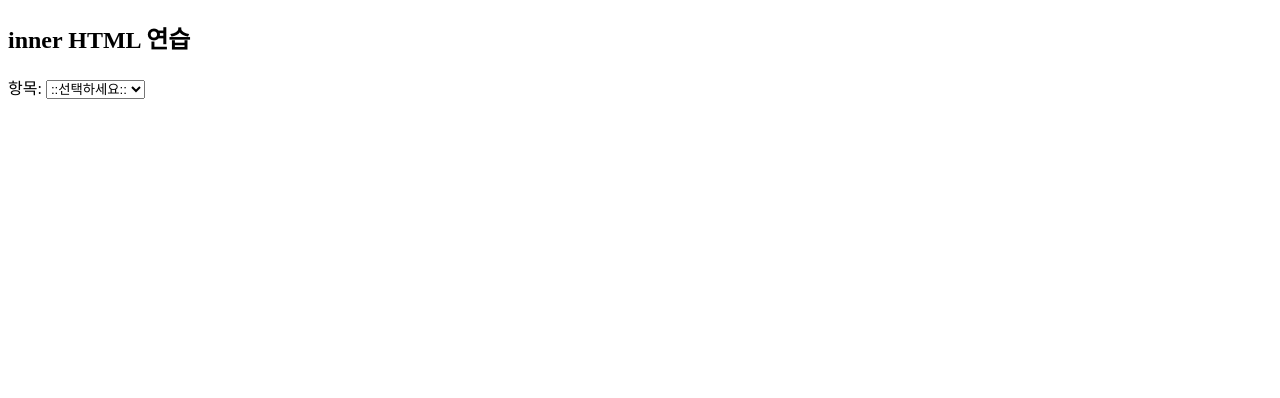
Repository: CHOKIHO/html
Page: work/0109/WebContent/WEB-INF/ex5_JS_innerHTML.html
An editor plug-in stored every save of this project. The page is shown before and after the next save, followed by the edit.
The browser window is 1280 px wide. The pictures show the whole page.

Above is the page before, as saved 2017-01-09 06:20:53.

After the next save:
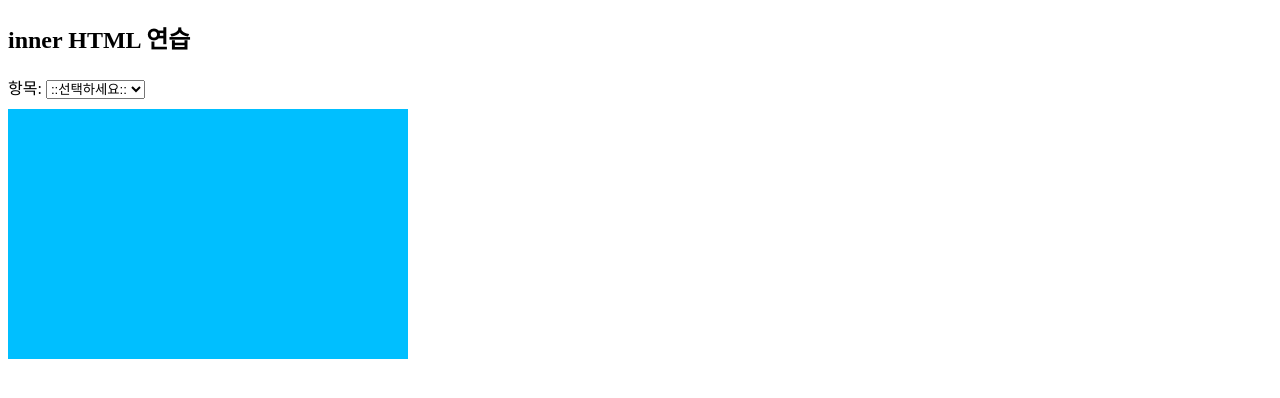
Saved 16 s later.
--- a/work/0109/WebContent/WEB-INF/ex5_JS_innerHTML.html
+++ b/work/0109/WebContent/WEB-INF/ex5_JS_innerHTML.html
@@ -5,7 +5,7 @@
 <title>Insert title here</title>
 
 <style type="text/css">
-	div#vox {
+	div#box {
 		width:400px;
 		height:250px;
 		border: ipx solid #999;
